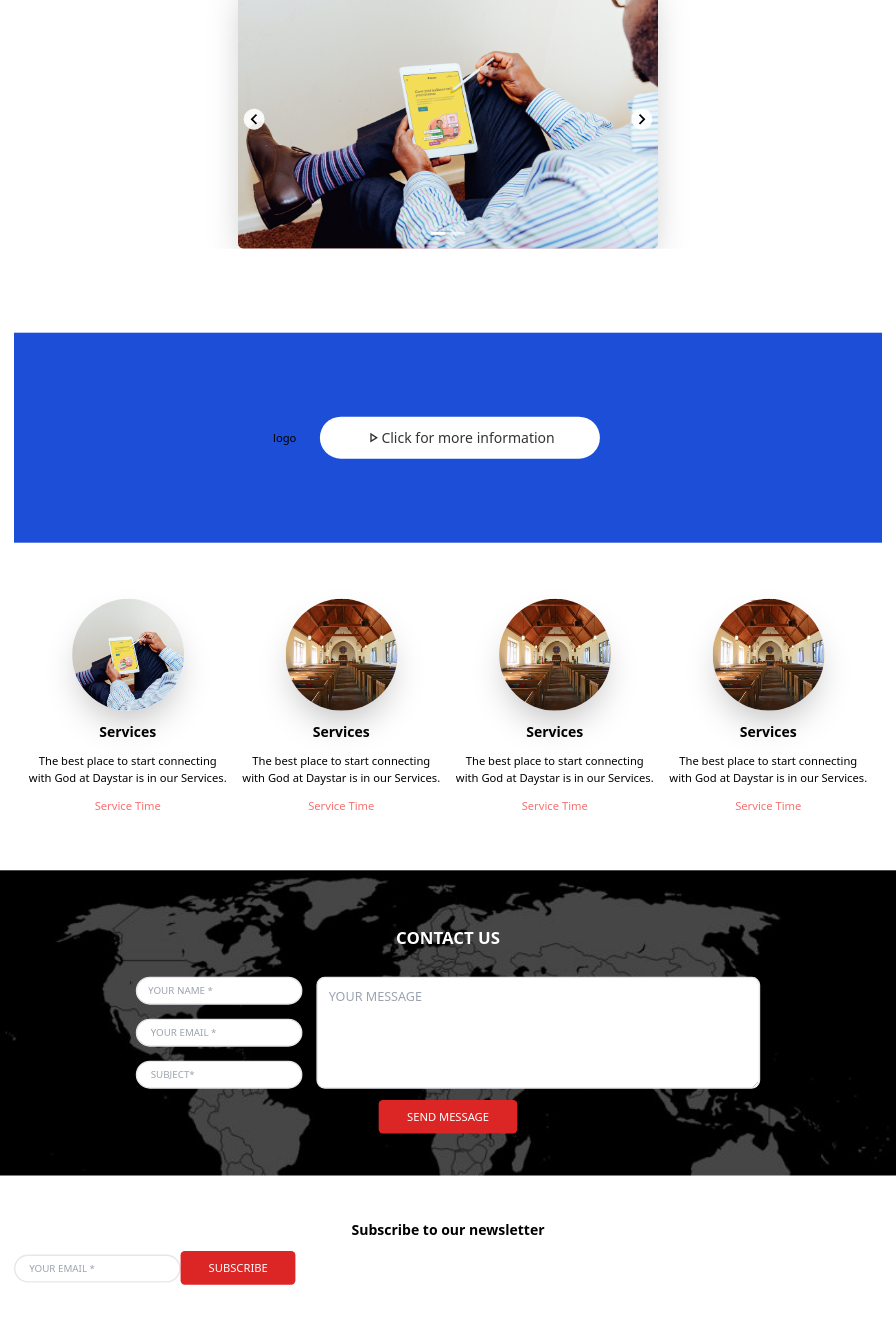
Repository: hisreal123/godschamber
Page: /
An editor plug-in stored every save of this project. The page is shown before and after the next save, followed by the edit.
The browser window is 1280 px wide. The pictures show the part of the page from y = 1755 to 3675 px (the page is 3675 px tall), at 70% of full size.
The project was rebuilt for these pictures with package versions that can differ from the ones it lists, and the page was loaded fresh each time. The framework's server and built-in components were replaced by stand-ins that run in the browser. Also part of the build but not shown: next.config.js.

Above is the page before, as saved 2023-03-31 18:14:21.

After the next save:
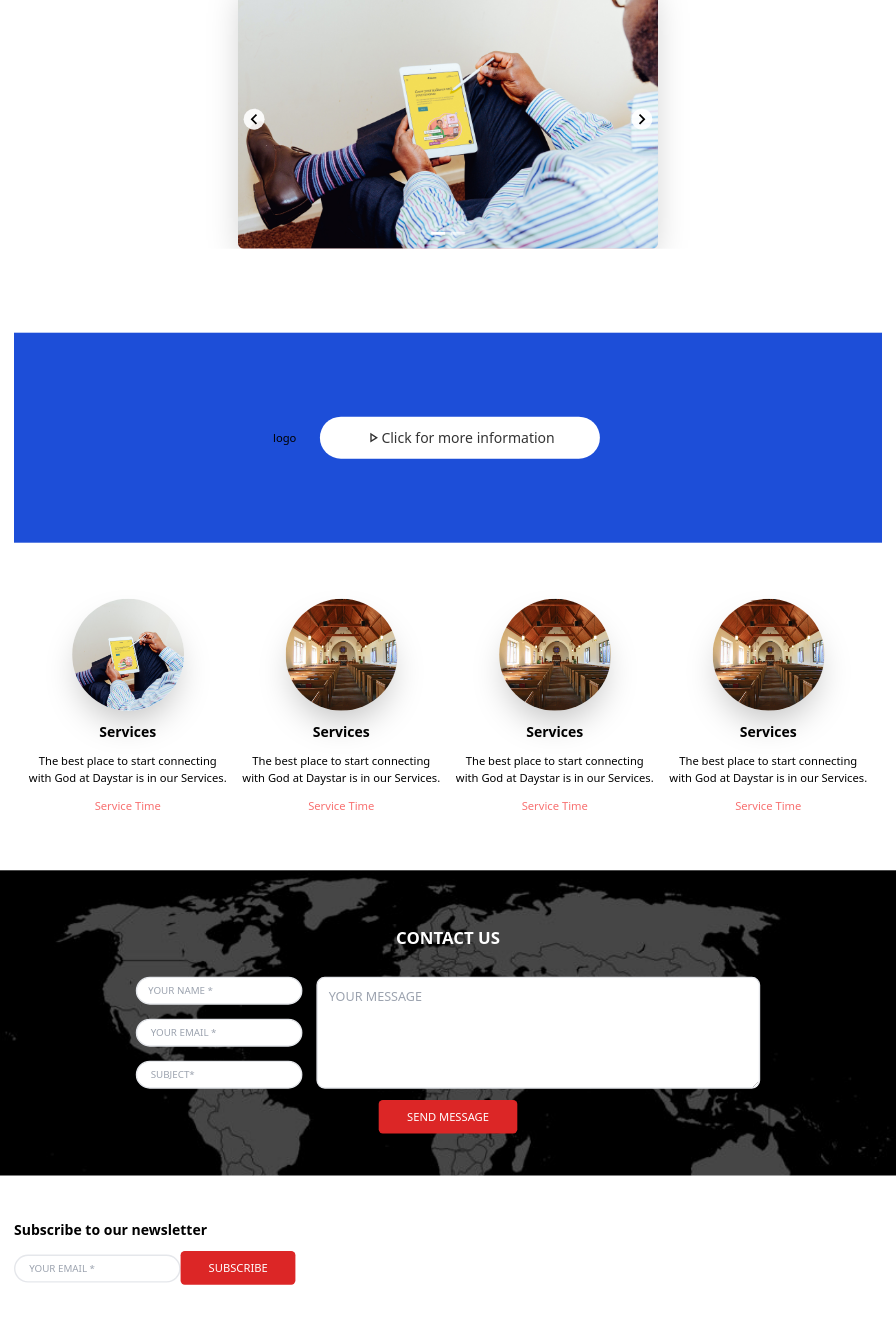
Saved 9 s later.
--- a/src/app/components/Newsletter.tsx
+++ b/src/app/components/Newsletter.tsx
@@ -12,7 +12,7 @@ export default function Newsletter() {
         <>
             <section className='py-16 px-5'>
                 <div className='flex flex-col '>
-                    <h1 className='text-center font-bold text-3xl lg:text-xl '> Subscribe to our newsletter </h1>
+                    <h1 className=' mb-text-center font-bold text-3xl lg:text-xl '> Subscribe to our newsletter </h1>
 
                     <form method="post">
                         <input type="email" placeholder=' YOUR EMAIL *' className='text-sm rounded-3xl px-4 py-2 hover:first-letter:border-red-300 border-2 outline-none' />
